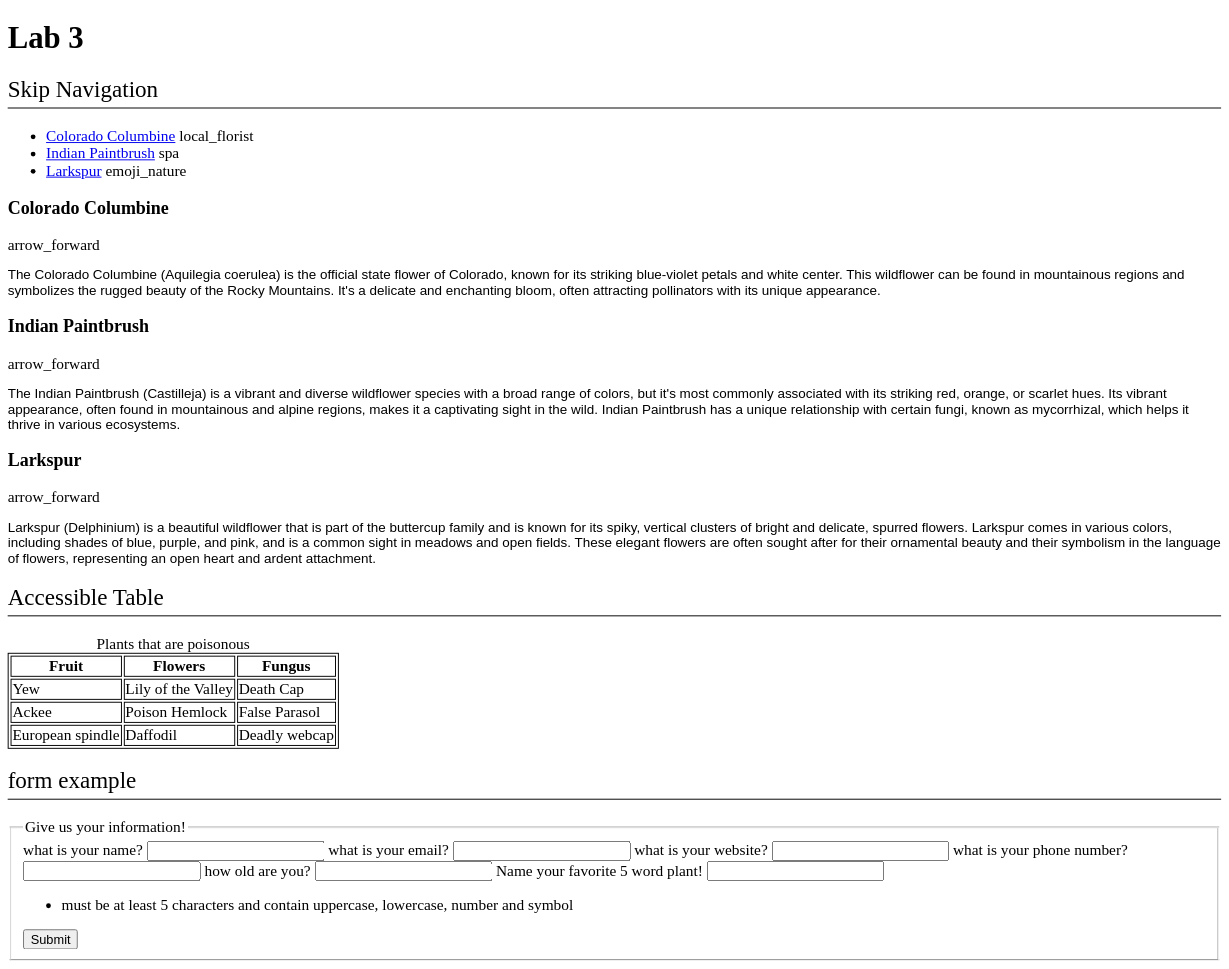
Repository: ethan-schrauf/UniversalDesignWebsite
Page: lab3.html
The author's editor kept a copy of each file at every save. The page is drawn from the files as they stood at one save, then again after the next save.
The browser window is 1280 px wide. The pictures show the whole page, at 96% of full size.

Above is the page before, as saved 2023-10-13 22:33:42.

After the next save:
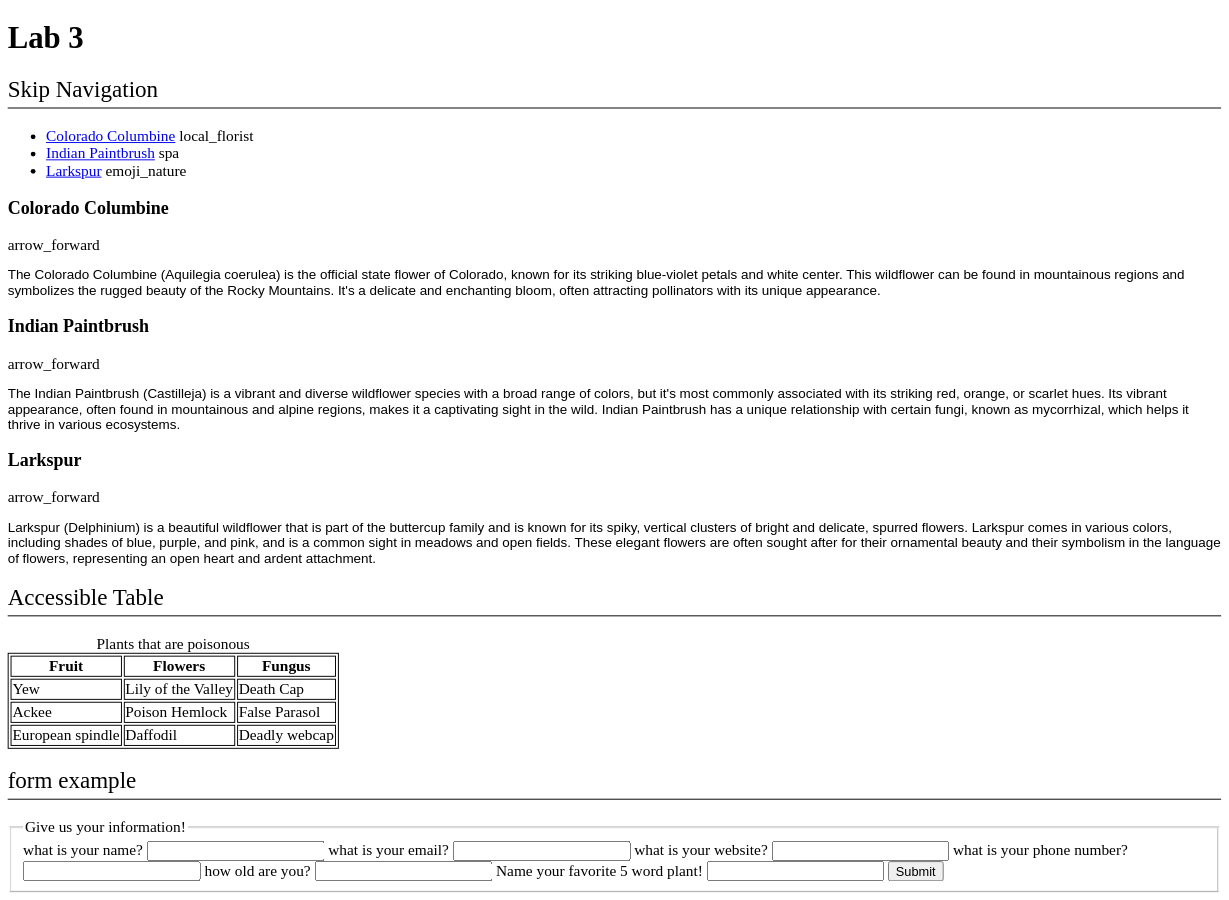
Saved 8 s later.
--- a/lab3.html
+++ b/lab3.html
@@ -123,9 +123,6 @@
                 Name your favorite 5 word plant!
                 <input type="text" id="password" maxlength="5" minlength="5" required>
                 </label>
-                <ul class="inputRequirements">
-                  <li>must be at least 5 characters and contain uppercase, lowercase, number and symbol</li>
-                </ul>
 
 
               <input type="submit">
